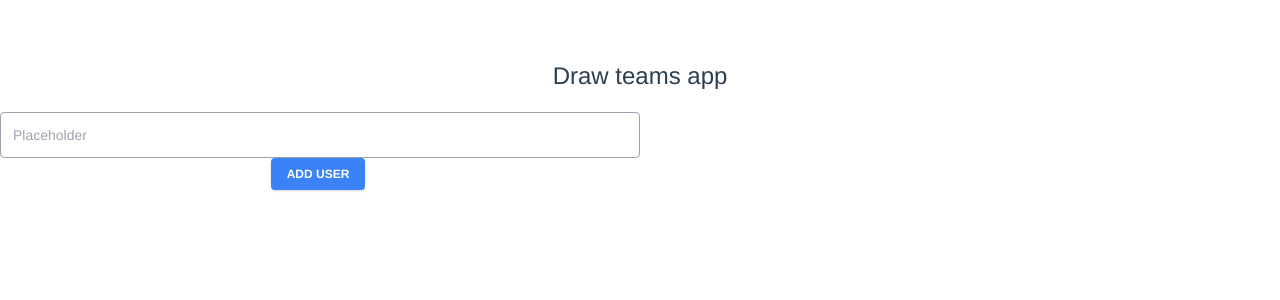
Repository: AlekJanevski/draw-teams-app
Page: /
An editor plug-in stored every save of this project. The page is shown before and after the next save, followed by the edit.
The browser window is 1280 px wide. The pictures show the whole page.
The project was rebuilt for these pictures with package versions that can differ from the ones it lists, and the page was loaded fresh each time.

Above is the page before, as saved 2021-03-18 20:21:14.

After the next save:
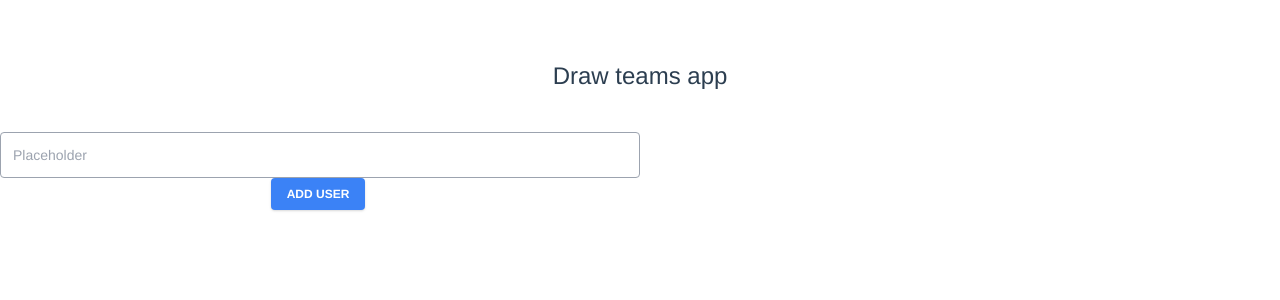
Saved 5 s later.
--- a/src/components/HelloWorld.vue
+++ b/src/components/HelloWorld.vue
@@ -1,6 +1,6 @@
 <template>
   <div>
-    <h1 class="mb-5 text-2xl">Draw teams app</h1>
+    <h1 class="mb-10 text-2xl">Draw teams app</h1>
 
     <!-- Add user wrapper starts -->
     <div class="w-1/2 pt-0 mb-3">
